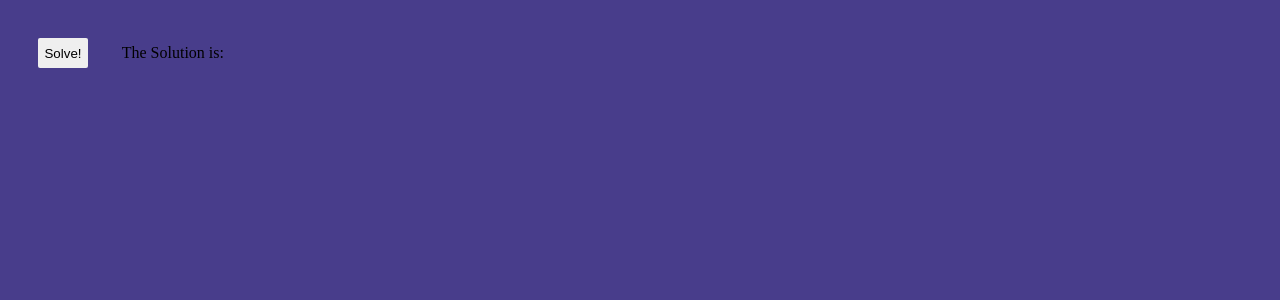
Repository: setanjan123/wordle-solver
Page: popup.html
An editor plug-in stored every save of this project. The page is shown before and after the next save, followed by the edit.
The browser window is 1280 px wide. The pictures show the whole page.

Above is the page before, as saved 2022-03-05 11:41:44.

After the next save:
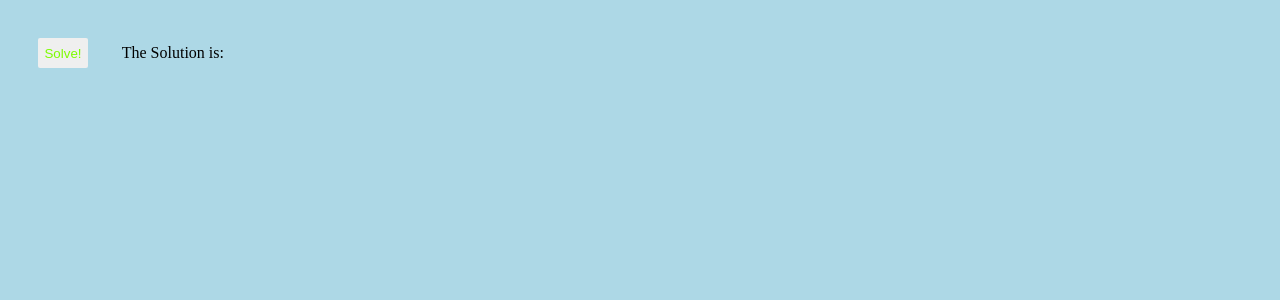
Saved 56 s later.
--- a/button.css
+++ b/button.css
@@ -12,6 +12,8 @@ button {
 
     border-radius: 2px;
 
+    color: lawngreen;
+
     }
 
     button.current {
@@ -23,5 +25,5 @@ button {
     }
 
     body {
-        background-color: darkslateblue;
+        background-color:lightblue;
     }
